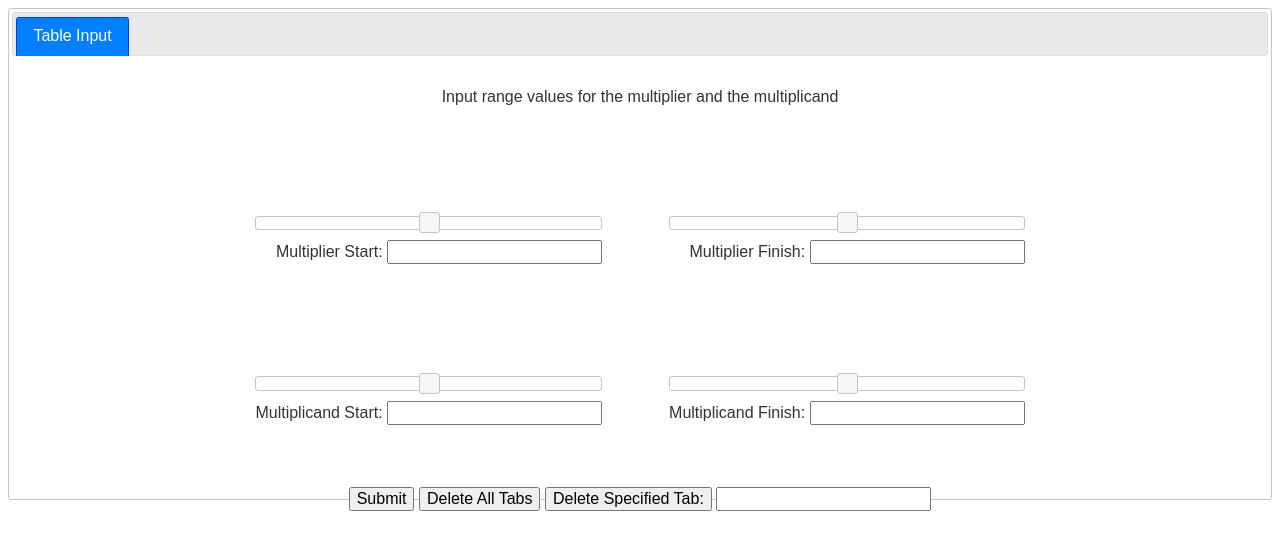
Repository: khrasna/HW4Part2
Page: index.html
The author's editor kept a copy of each file at every save. The page is drawn from the files as they stood at one save, then again after the next save.
The browser window is 1280 px wide. The pictures show the whole page.
Some web libraries are served in a nearby version.

Above is the page before, as saved 2021-11-22 16:27:47.

After the next save:
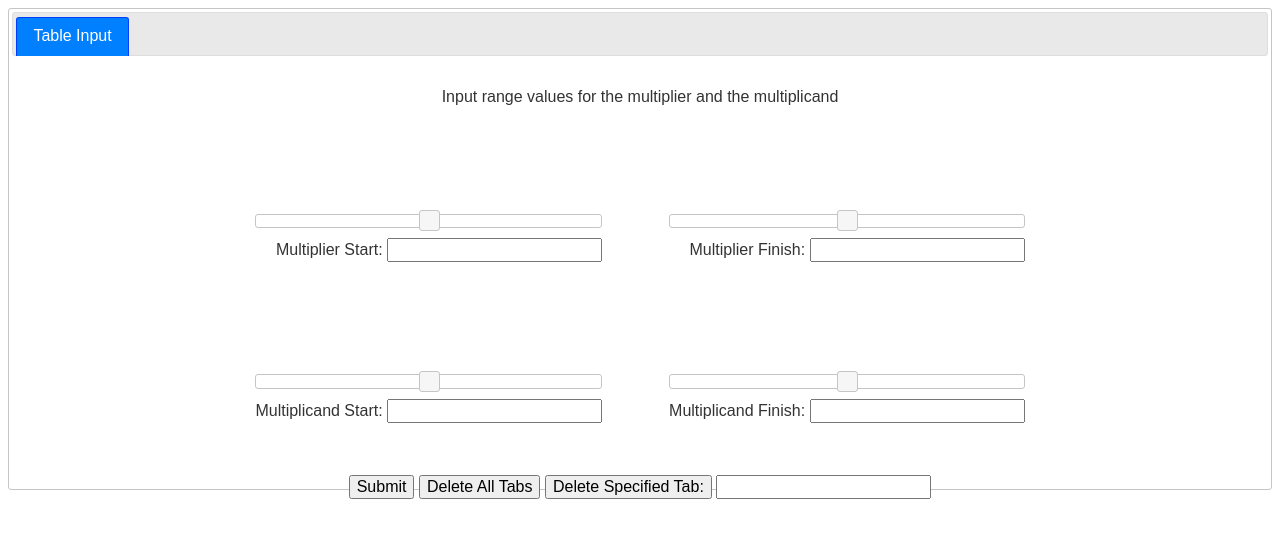
Saved 10 s later.
--- a/style.css
+++ b/style.css
@@ -34,7 +34,7 @@ div#tab1 {
 
 input[type=submit] {
     /* submit button under form spaced here */
-    margin-top: 10px;
+    margin-top: 0px;
     margin-bottom: 0px;
 }
 
